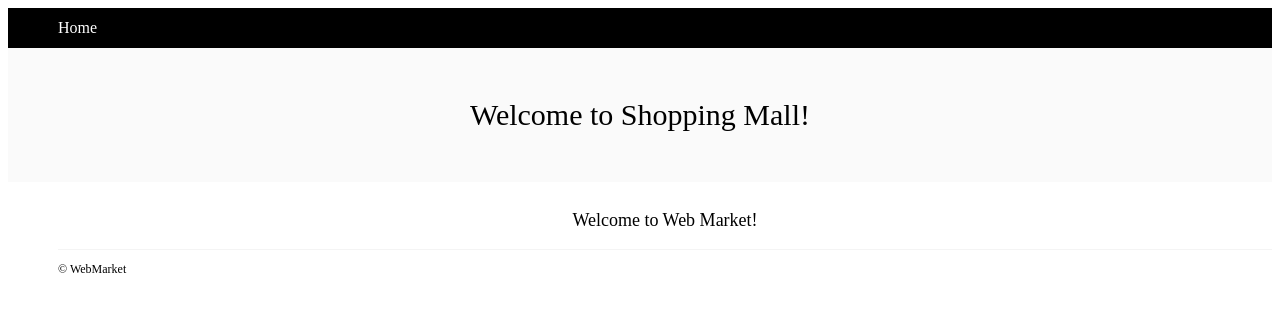
Repository: sunyeongan/Univ_lecture
Page: http://localhost/week7_jsp/ex5.jsp
An editor plug-in stored every save of this project. The page is shown before and after the next save, followed by the edit.
The browser window is 1280 px wide. The pictures show the whole page.
The page is served by Tomcat 9.

Above is the page before, as saved 2022-04-14 03:10:43.

### WebSever_2022/work/week7/week7_jsp/src/main/webapp/ex5.jsp
<%@ page language="java" contentType="text/html; charset=EUC-KR"
    pageEncoding="EUC-KR"%>
<!DOCTYPE html>
<html>
<head>
<meta charset="EUC-KR">
<title>Insert title here</title>
<style>
	div{
		text-align : center;
	}
	.site{
		height : 40px;
		line-height : 40px;
		background-color : black;
		padding-left : 50px;
	}
	.main{
		padding : 20px 0;
		background-color : rgb(250,250,250);
		font-size : 30px;

	}
	.mid{
		font-size : 18px;
		padding-top : 10px;
		margin-left : 50px;
		border-bottom : 1px solid rgb(244,244,244);

	}
	.bar{
		color:white;
		text-decoration : none;
	}
	.footer{
		margin-left : 50px;
		font-size : 12px;
	}

</style>
</head>
<body>

<nav class="site">
	<a class ="bar" href="./환영.jsp">Home</a>
</nav>


<div class="main">
	<p>Welcome to Shopping Mall!</p>
</div>


<div class = "mid">
	<p>Welcome to Web Market!</p>
</div>


<footer class="footer">
<p>&copy; WebMarket</p>
</footer>
</body>
</html>

After the next save:
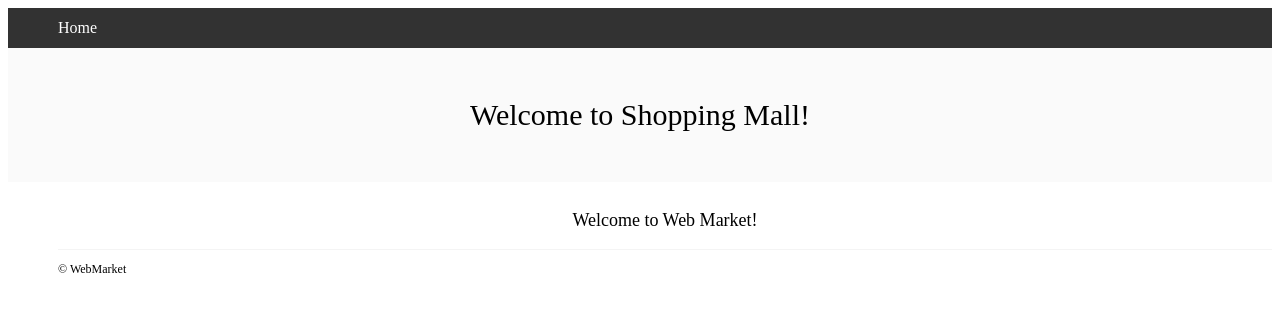
Saved 13 s later.
--- a/WebSever_2022/work/week7/week7_jsp/src/main/webapp/ex5.jsp
+++ b/WebSever_2022/work/week7/week7_jsp/src/main/webapp/ex5.jsp
@@ -12,7 +12,7 @@
 	.site{
 		height : 40px;
 		line-height : 40px;
-		background-color : black;
+		background-color : rgb(50,50,50);
 		padding-left : 50px;
 	}
 	.main{
